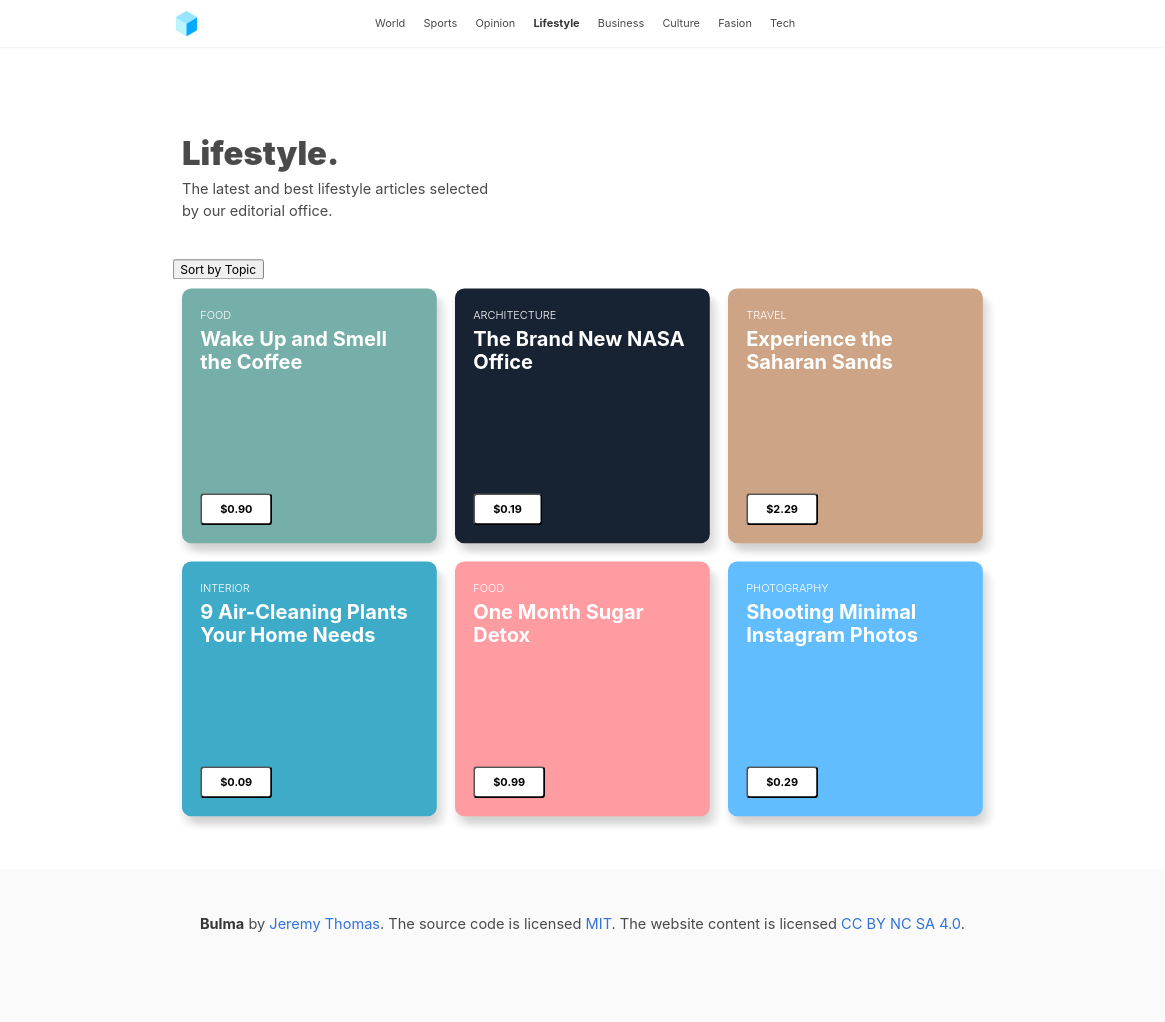
Repository: DOODpls/js_ass1
Page: index.html
The author's editor kept a copy of each file at every save. The page is drawn from the files as they stood at one save, then again after the next save.
The browser window is 1280 px wide. The pictures show the whole page, at 91% of full size.

Above is the page before, as saved 2019-11-22 19:29:24.

After the next save:
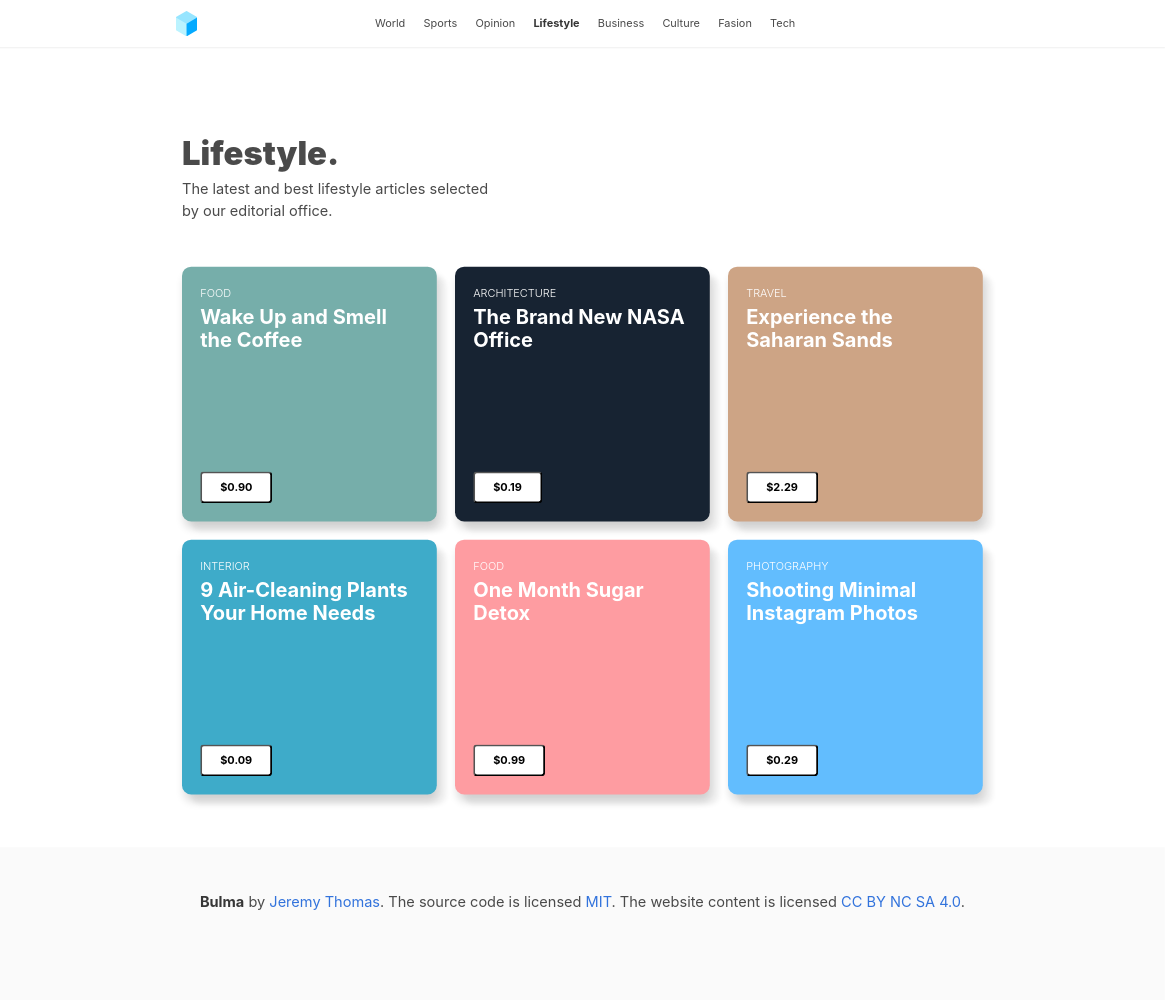
Console error: TypeError: Failed to execute 'appendChild' on 'Node': parameter 1 is not of type 'Node'.
Saved 10 s later.
--- a/app.js
+++ b/app.js
@@ -117,7 +117,7 @@
     btn2.className= 'buy-button'
     btn2.id = "butt2"
     btn2.innerText = "Sort by Topic"
-    container.appendChild(btn1, btn2)
+    container.appendChild(btn1 & btn2)
 
     function sort1(){
         data.sort((a, b) => (a.topic > b.topic) ? 1 : -1)

After the save that followed:
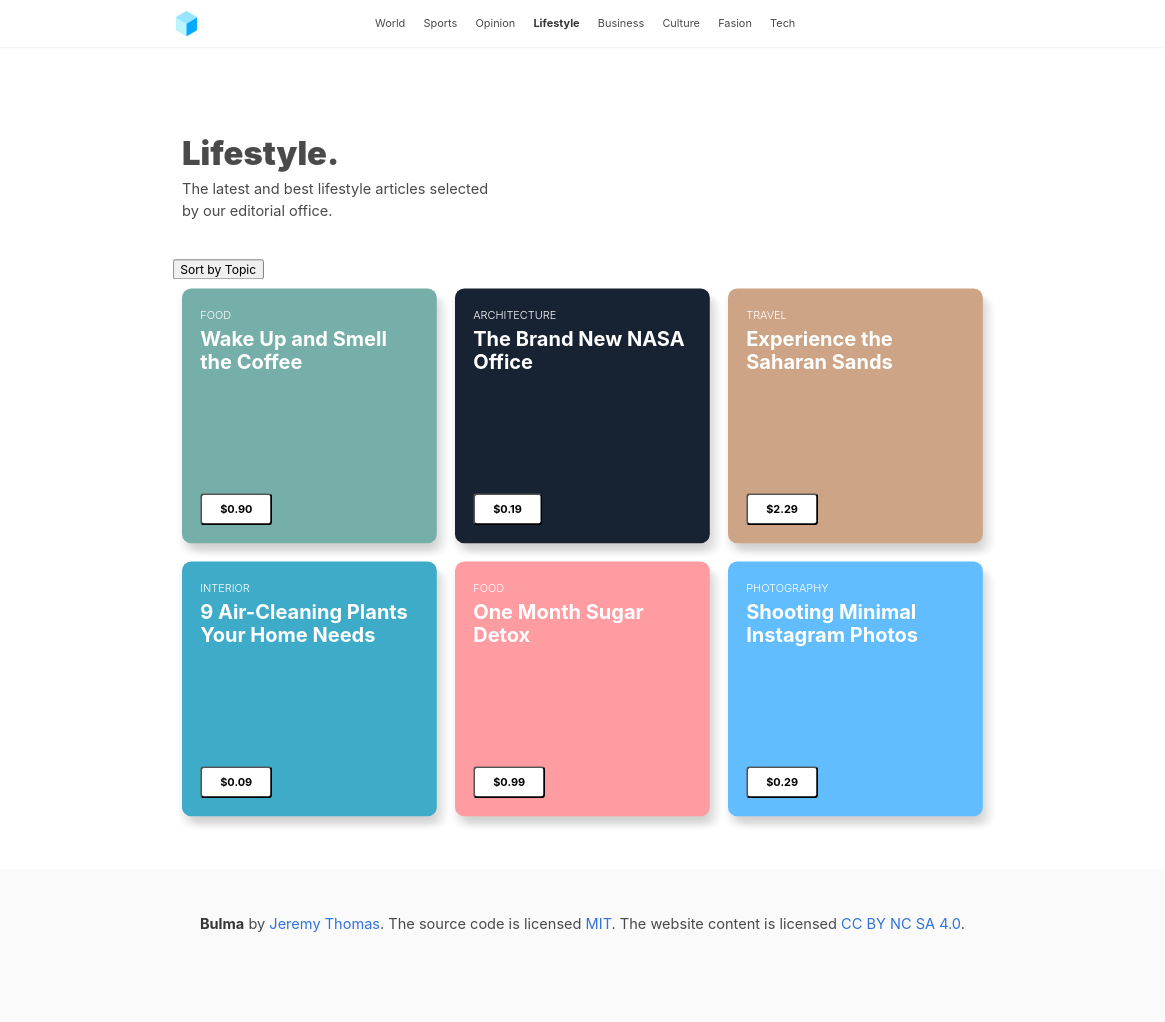
The error is gone.
Saved 6 s later.
--- a/app.js
+++ b/app.js
@@ -117,7 +117,7 @@
     btn2.className= 'buy-button'
     btn2.id = "butt2"
     btn2.innerText = "Sort by Topic"
-    container.appendChild(btn1 & btn2)
+    container.appendChild(btn1 && btn2)
 
     function sort1(){
         data.sort((a, b) => (a.topic > b.topic) ? 1 : -1)
